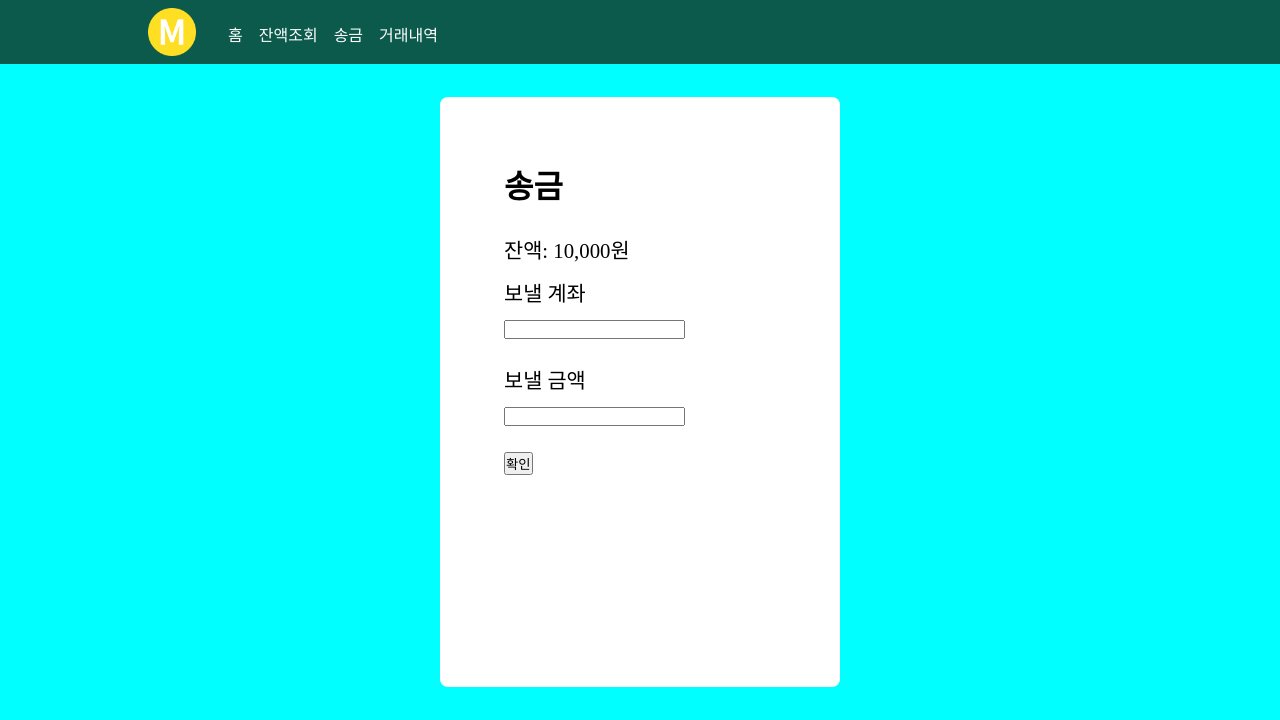
Repository: JiNookk/makaobank
Page: week06/makaoBank/transfer.html
An editor plug-in stored every save of this project. The page is shown before and after the next save, followed by the edit.
The browser window is 1280 px wide. The pictures show the whole page.

Above is the page before, as saved 2022-09-13 17:36:47.

After the next save:
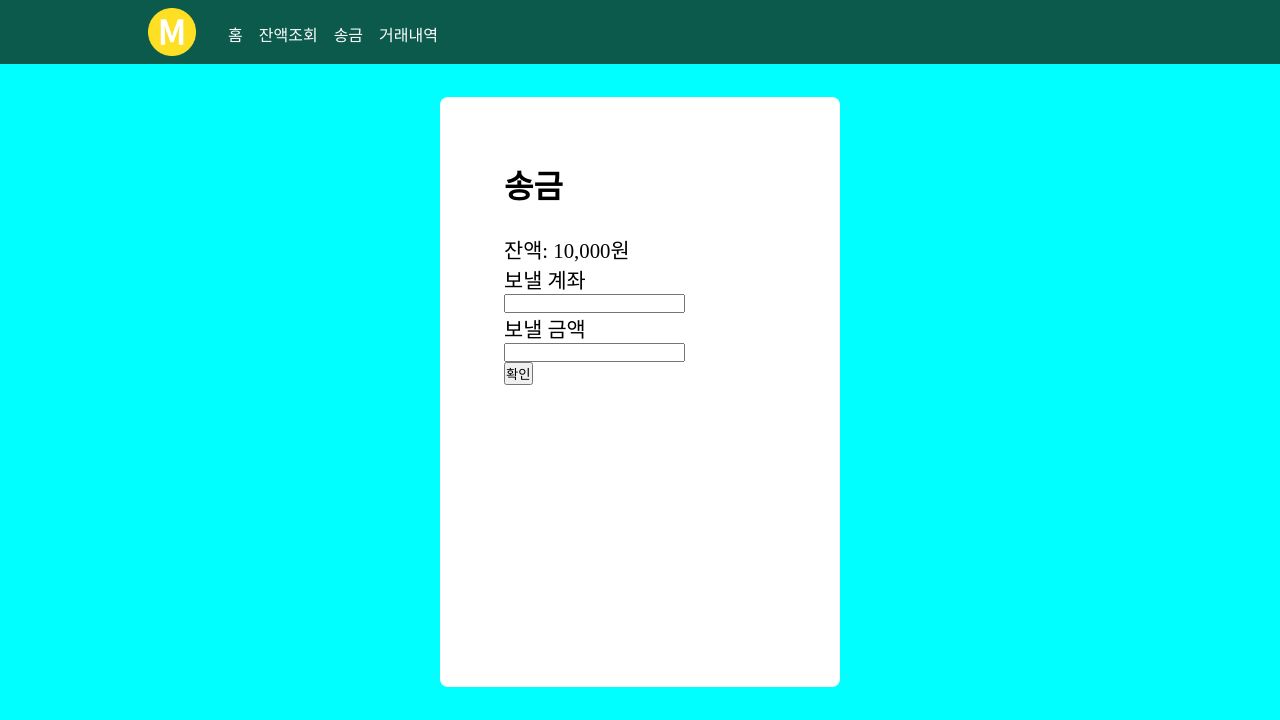
Saved 2 min 27 s later.
--- a/week06/makaoBank/css/elements.css
+++ b/week06/makaoBank/css/elements.css
@@ -77,7 +77,7 @@ p{
 
 .content-container *{
     color: black;
-    margin-bottom: .8rem;
+    /* margin-bottom: .8rem; */
 }
 
 .content-container h1{
